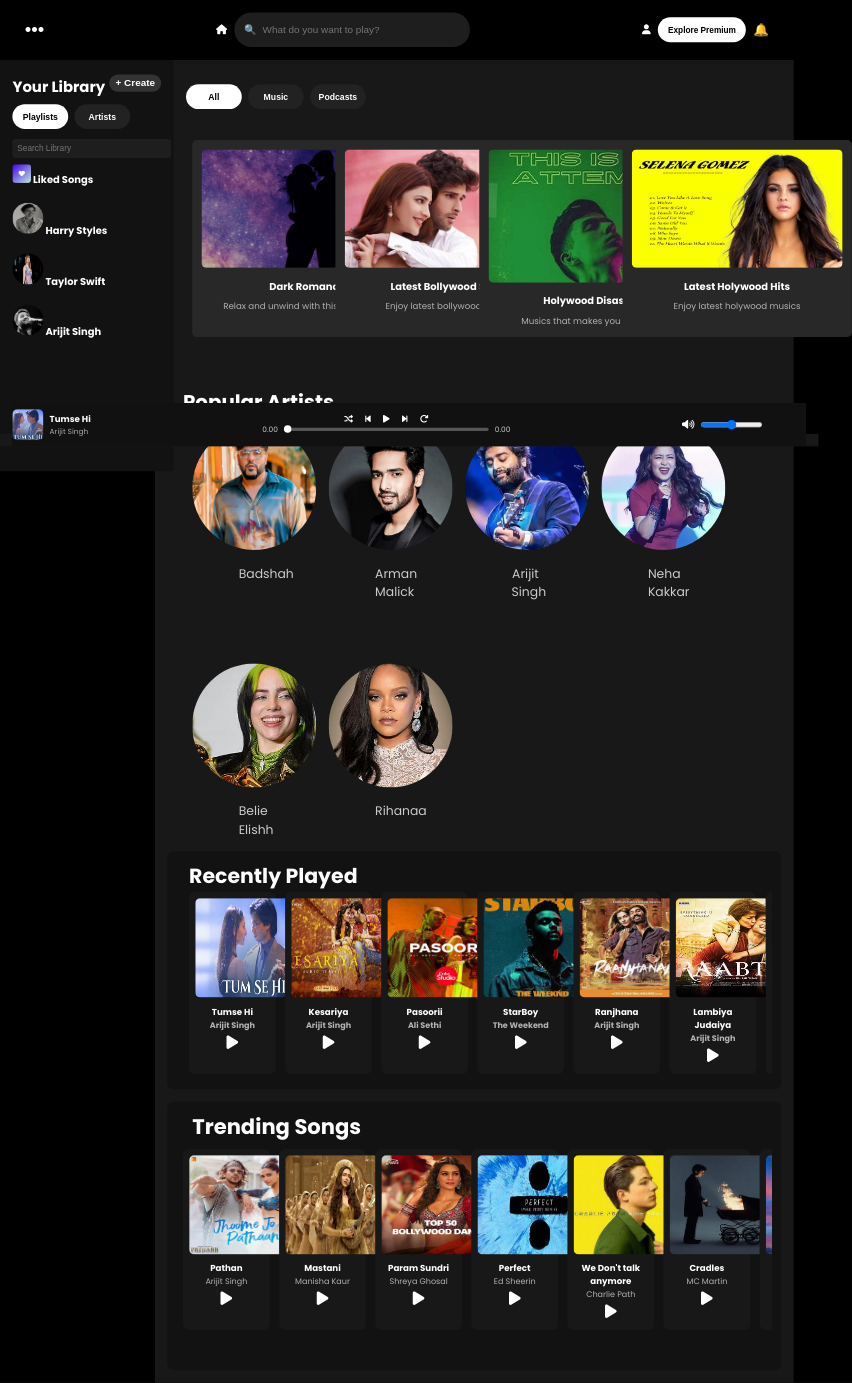
Repository: IshikaSinghRajput/Spotify_Clone
Page: index.html
An editor plug-in stored every save of this project. The page is shown before and after the next save, followed by the edit.
The browser window is 1280 px wide. The page is 1374 px wide, so the pictures cover 1374 px, including what lies to the right of the window. The pictures show the whole page, at 62% of full size.

Above is the page before, as saved 2025-04-26 15:45:48.

### index.html
<!DOCTYPE html>
<html lang="en">
<head>
    <meta charset="UTF-8">
    <meta name="viewport" content="width=device-width, initial-scale=1.0">
    <title>SPOTIFY</title>
    <link rel="stylesheet" href="style.css">
    <link rel="stylesheet" href="https://cdnjs.cloudflare.com/ajax/libs/font-awesome/6.4.2/css/all.min.css">
    <style>
        @import url('https://fonts.googleapis.com/css2?family=Poppins:ital,wght@0,100;0,200;0,300;0,400;0,500;0,600;0,700;0,800;0,900;1,100;1,200;1,300;1,400;1,500;1,600;1,700;1,800;1,900&display=swap');
        </style>

</head>
<body>

    <aside class="sidebar">
        <div class="sidebar-toggle" id="sidebarToggle">
            TOGGLE
          </div>

        <div class="sidebar-library">

          <div class="library-header">
            <span>Your Library</span>
            <button class="create-btn">+ Create</button>
          </div>
          <div class="library-toggle">
            <button class="filter-btn active" data-filter="playlists">Playlists</button>
            <button class="filter-btn" data-filter="artists">Artists</button>
          </div>
          <input type="text" id="sidebarSearch" placeholder="Search Library" />

          <ul class="library-items" id="libraryItems">

            <li class="item-playlists">
                <img src="Sidebar/LikedSontgs.jpeg">
                Liked Songs </li>
                <br>

            <li class="item-artists">
                <img src="Sidebar/Side1.jpeg">
                Harry Styles
            </li>
                <br>

            <li class="item-artists">
                <img src="Sidebar/Side2.jpg">
                Taylor Swift</li>
                <br>

            <li class="item-artists">
                <img src="Sidebar/Side3.jpg">
                Arijit Singh</li>
          </ul>
        </div>

      </aside>



        <!--HEADER-->
   <header class="spotify-header">

        <div class=".left-controls">
            <button class="icon-button">•••</button>
        </div>

        <div class="center-controls">
            <i class="fa-solid fa-house"></i>


            <div class="search-bar">
                <span class="search-icon">🔍</span>
                <input type="text" placeholder="What do you want to play?">
            </div>
        </div>

        <div class="right-controls">
            <i class="fa-solid fa-user"></i>
            <button class="premium-btn">Explore Premium</button>
            <span class="icon-button bell">🔔</span>
        </div>
   </header>


    <main>

        <div class="filter-bar">
            <button class="filter-btn active">All</button>
            <button class="filter-btn">Music</button>
            <button class="filter-btn">Podcasts</button>
          </div>

        <section>
           <div class="main-container">

            <div class="playlist">
                <img src="Playlists/Playlist1.jpg" alt="Playlist Image">
                <h3>Dark Romance</h3>
                <p>Relax and unwind with this mellow mix.</p>

                <!--Play Button Overlay-->
                <div class="play-button">
                    <i class="fa fa-play"></i>
                </div>
            </div>

            <div class="playlist">
                <img src="Playlists/Playlist2.jpg" alt="playlist image">
                <h3>Latest Bollywood Songs</h3>
                <p>Enjoy latest bollywood musics</p>

                <div class="play-button">
                    <i class="fa fa-play"></i>
                </div>
            </div>

            <div class="playlist">
                <img src="Playlists/Playlist3.jpeg" alt="playlist image">
                <h3>Holywood Disasters</h3>
                <p>Musics that makes you float in air</p>

                <div class="play-button">
                    <i class="fa fa-play"></i>
                </div>
            </div>

            <div class="playlist">
                <img src="Playlists/Playlist4.jpg" alt="playlist image">
                <h3>Latest Holywood Hits</h3>
                <p>Enjoy latest holywood musics</p>

                <div class="play-button">
                    <i class="fa fa-play"></i>
                </div>
            </div>


            </div>
           </div>
        </section>

        <!--Popular Artists Section-->
        <section class="popular-artists">
            <h2>Popular Artists</h2>
            <div class="artist-container">
                <div class="artist">
                    <img src="Artists/Badhsah.jpg">
                    <p>Badshah</p>
                </div>

                <div class="artist">
                    <img src="Artists/armanMalik.jpg">
                    <p>Arman Malick</p>
                </div>

                <div class="artist">
                    <img src="Artists/arijit-singh.webp">
                    <p>Arijit Singh</p>
                </div>

                <div class="artist">
                    <img src="Artists/Neha-Kakkar-2-1.webp">
                    <p>Neha Kakkar</p>
                </div>

                <div class="artist">
                    <img src="Artists/BellyElishhhh.jpeg">
                    <p>Belie Elishh</p>
                </div>

                <div class="artist">
                    <img src="Artists/Rihanaaaaa.jpeg">
                    <p>Rihanaa</p>
                </div>

            </div>
        </section>

        <!--Recently Played Sction-->
        <section class="recently-played">
            <h2>Recently Played</h2>
            <div class="recently-played-container">

                <div class="song" data-title="Tumse Hi"  data-artist="Arijit Singh"  data-src="Audio\TumseHi.mp3" data-image="RecentSection/Song1.jpg">
                    <img src="RecentSection/Song1.jpg" alt="Song 1">
                    <p class="song-title">Tumse Hi</p>
                    <p class="artists">Arijit Singh</p>
                    <div class="play-overlay"><i class="fa fa-play"></i></div>
                </div>

                <div class="song" data-title="Kesariya"  data-artist="Arijit Singh" data-src="Audio\Kesariya.mp3" data-image="RecentSection/Song2.jpg">
                    <img src="RecentSection/Song2.jpg" alt="Song 2">
                    <p class="song-title">Kesariya</p>
                    <p class="artists">Arijit Singh</p>
                    <div class="play-overlay"><i class="fa fa-play"></i></div>
                </div>

                <div class="song" data-title="Pasoori"  data-artist="Ali Sethi" data-src="Audio\Pasoori.mp3" data-image="RecentSection/Song3.jpg">
                    <img src="RecentSection/Song3.jpg" alt="Song 3">
                    <p class="song-title">Pasoorii</p>
                    <p class="artists">Ali Sethi</p>
                    <div class="play-overlay"><i class="fa fa-play"></i></div>
                </div>

                <div class="song" data-title="StarBoy"  data-artist="The Weekend" data-src="Audio\StarBoy.mp3" data-image="RecentSection/Song4.jpeg">
                    <img src="RecentSection/Song4.jpeg" alt="Song 2">
                    <p class="song-title">StarBoy</p>
                    <p class="artists">The Weekend</p>
                    <div class="play-overlay"><i class="fa fa-play"></i></div>
                </div>

                <div class="song" data-title="Ranjhana"  data-artist="Arijit Singh" data-src="Raanjhanaa Raanjhanaa-(Mr-Jat.in).mp3" data-image="RecentSection/Song5.jpeg" >
                    <img src="RecentSection/Song5.jpeg" alt="Song 3">
                    <p class="song-title">Ranjhana</p>
                    <p class="artists">Arijit Singh</p>
                    <div class="play-overlay"><i class="fa fa-play"></i></div>
                </div>

                <div class="song" data-title="Lambiya Judaiya"  data-artist="Arijit Singh" data-src="songs/Lambiya Judaiya.mp3" data-image="RecentSection/Song6.jpeg">
                    <img src="RecentSection/Song6.jpeg" alt="Song 3">
                    <p class="song-title">Lambiya Judaiya</p>
                    <p class="artists">Arijit Singh</p>
                    <div class="play-overlay"><i class="fa fa-play"></i></div>
                </div>

                <div class="song" data-title="Ramleela"  data-artist="Arijit Singh" data-src="Ramleela.mp3" data-image="RecentSection/Song7.webp">
                    <img src="RecentSection/Song7.webp" alt="Song 3">
                    <p class="song-title">Ramleela</p>
                    <p class="artists">Manisha Kaur</p>
                    <div class="play-overlay"><i class="fa fa-play"></i></div>
                </div>

            </div>
        </section>


        <!--Trending Song Sction-->
        <section class="trending-songs">
            <h2>Trending Songs</h2>
            <div class="trending-songs-container">

                <div class="song" data-title="Pathan"  data-artist="Arijit Singh"  data-src="Jhoome Jo Pathaan - SirfJatt.Com.mp3" data-image="TrendingSection/Trending1.jpeg" >
                    <img src="TrendingSection/Trending1.jpeg" alt="Song 1">
                    <p class="song-title">Pathan</p>
                    <p class="artists">Arijit Singh</p>
                    <div class="play-overlay"><i class="fa fa-play" ></i></div>
                </div>

                <div class="song" data-title="Mastani"  data-artist="Manisha Kaur" data-src="Audio\Mastani.mp3" data-image="TrendingSection/trending2.webp">
                    <img src="TrendingSection/trending2.webp" alt="Song 2">
                    <p class="song-title">Mastani</p>
                    <p class="artists">Manisha Kaur</p>
                    <div class="play-overlay"><i class="fa fa-play"></i></div>
                </div>

                <div class="song" data-title="Param Sundri"  data-artist="Shreya Ghosal" data-src="Audio\Param.mp3" data-image="TrendingSection/trending4.jpeg">
                    <img src="TrendingSection/trending4.jpeg" alt="Song 3">
                    <p class="song-title">Param Sundri</p>
                    <p class="artists">Shreya Ghosal</p>
                    <div class="play-overlay"><i class="fa fa-play"></i></div>
                </div>

                <div class="song" data-title="Perfect"  data-artist="Ed Sheerin" data-src="Audio\Perfect.mp3" data-image="TrendingSection/trending5.jpeg">
                    <img src="TrendingSection/trending5.jpeg" alt="Song 2">
                    <p class="song-title">Perfect</p>
                    <p class="artists">Ed Sheerin</p>
                    <div class="play-overlay"><i class="fa fa-play"></i></div>
                </div>

                <div class="song" data-title="We dont talk anymore"  data-artist="Charlie Path" data-src="We Dont Talk Anymore - PagalWorld.mp3" data-image="TrendingSection/trending6.jpeg" >
                    <img src="TrendingSection/trending6.jpeg" alt="Song 3">
                    <p class="song-title">We Don't talk anymore</p>
                    <p class="artists">Charlie Path</p>

                    <div class="play-overlay"><i class="fa fa-play"></i></div>
                </div>

                <div class="song" data-title="Cradles"  data-artist="MC Martin" data-src="Sub_Urban_-_Cradles_CeeNaija.com_.mp3" data-image="TrendingSection/trending7.jpeg" >
                    <img src="TrendingSection/trending7.jpeg" alt="Song 3">
                    <p class="song-title">Cradles</p>
                    <p class="artists">MC Martin</p>
                    <div class="play-overlay"><i class="fa fa-play"></i></div>
                </div>

                <div class="song" data-title="Playdate"  data-artist="Melenie" data-src="Audio\Playdate.mp3" data-image="TrendingSection/trending8.jpeg">
                    <img src="TrendingSection/trending8.jpeg" alt="Song 3">
                    <p class="song-title">Playdate</p>
                    <p class="artists">Malenie</p>
                    <div class="play-overlay"><i class="fa fa-play"></i></div>
                </div>

            </div>
        </section>

    </main>

    <!--FOOTER-->

    <footer>
        <audio id="audio-player" src="" preload="metadata"></audio>
        <div class="music-player">

            <div class="player-left">
                <img src="Song1.jpg" alt="Song Thumbnail">
                <div class="song-info">
                    <h4>Tumse Hi</h4>
                    <p>Arijit Singh</p>
                </div>
            </div>

            <!--Centre Controls-->
            <div class="player-center">
                <!-- <span></span> -->
               <div class="controls">
                <i id="shuffle-btn" class="fas fa-random"></i>
                <i class="fa fa-step-backward"></i>
                <i class="fa fa-play" id="play-pause-btn"></i>
               <i class="fa fa-step-forward"></i>
               <i class="fas fa-redo" id="repeat-btn" title="Repeat"></i>

               </div>

            <!--Progress Bar-->
               <div class="progress-container" id="progress-container">
                <span class="current-time" id="current-time">0.00</span>
                <input type="range" class="progress-bar" id="progress-bar" value="0" min="0" max="100">
                <span class="total-duration" id="total-duration">0.00</span>
               </div>
            </div>


            <!--Right Volume-->
            <div class="player-right">
                <i class="fa fa-volume-up"></i>
                <input type="range" min="0" max="100" value="50"  class="volume-slider">
            </div>

        </div>
    </footer>

    <audio id="audioPlayer"></audio>



    <script src="app.js"></script>
</body>
</html>

Loaded but not shown: app.js (144 lines, source omitted); style.css (730 lines, source omitted)

After the next save:
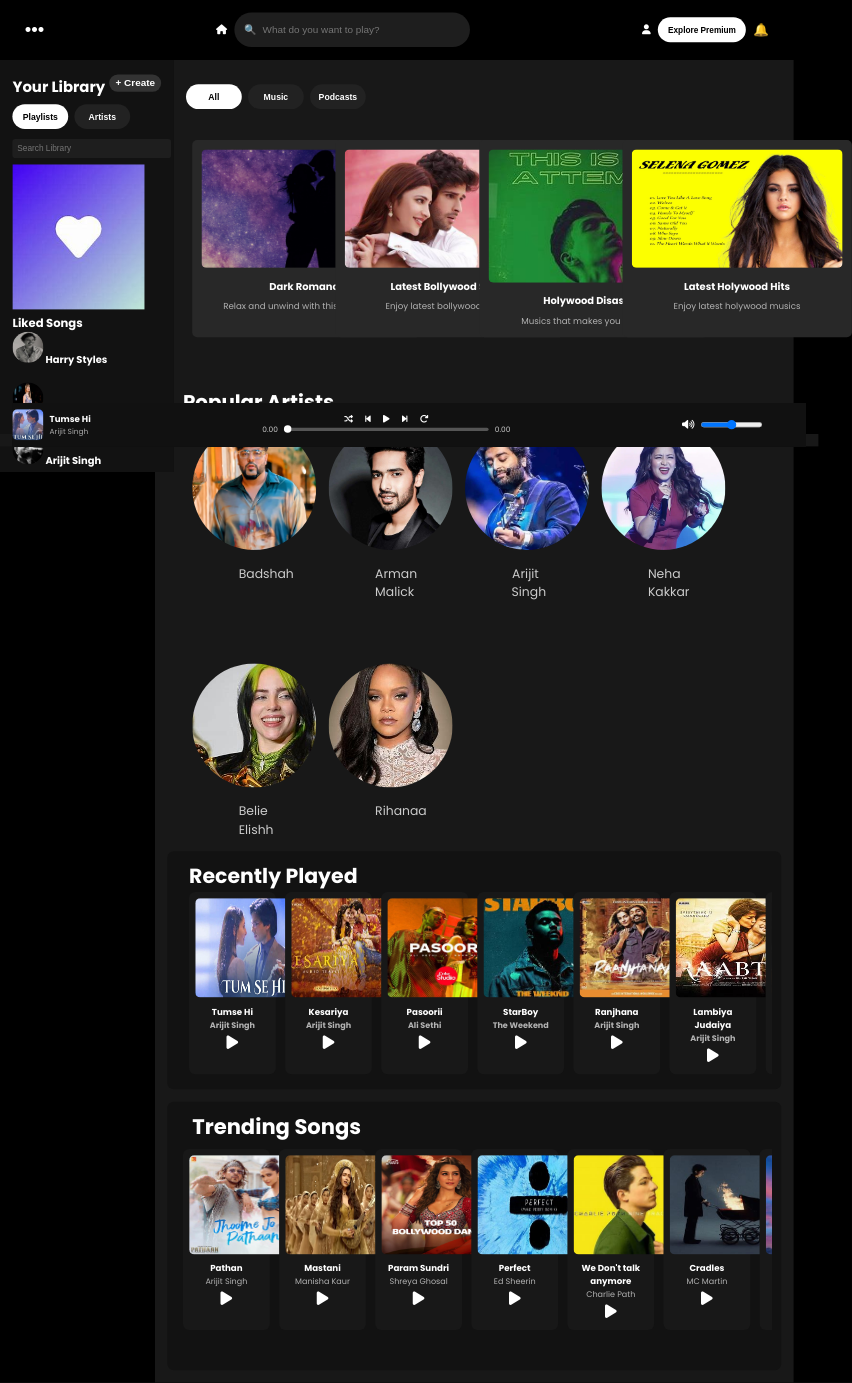
Saved 99 s later.
--- a/index.html
+++ b/index.html
@@ -32,10 +32,15 @@
 
           <ul class="library-items" id="libraryItems">
 
-            <li class="item-playlists">
-                <img src="Sidebar/LikedSontgs.jpeg">
-                Liked Songs </li>
-                <br>
+            <div class="liked-songs-card">
+                <div class="icon">
+                  <img src="Sidebar/LikedSontgs.jpeg" alt="Heart">
+                </div>
+                <div class="text-content">
+                  <h3>Liked Songs</h3>
+
+                </div>
+              </div>
 
             <li class="item-artists">
                 <img src="Sidebar/Side1.jpeg">
